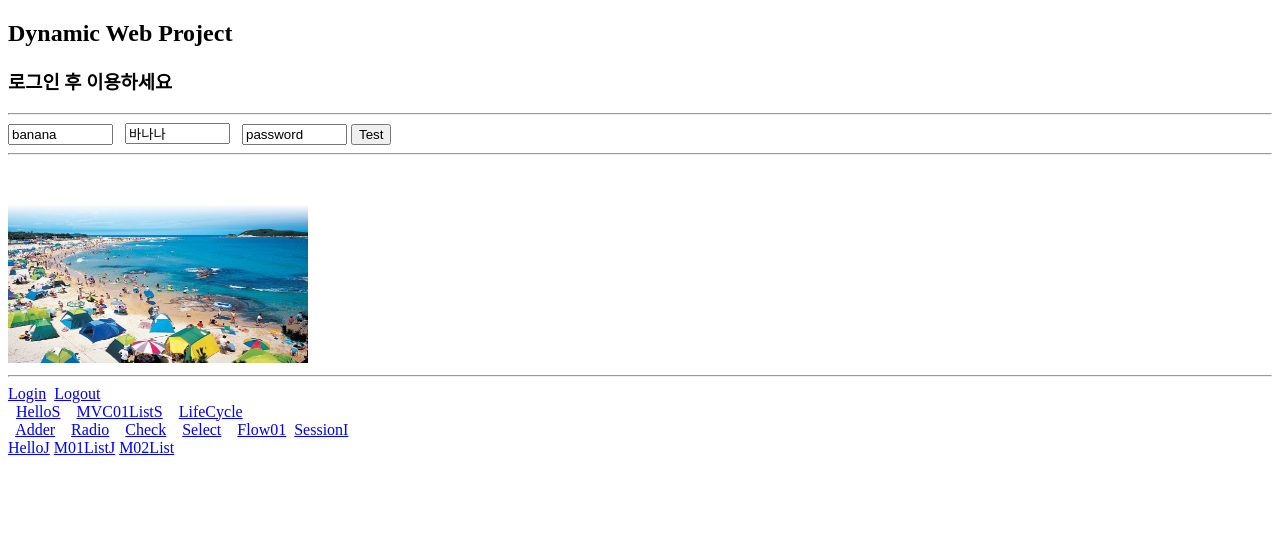
Repository: JYH94/JAVA
Page: http://localhost/web01/home.jsp
These files come from the project's save history. The page is drawn as it stood at one moment and after the next save; the edit follows.
The browser window is 1280 px wide. The pictures show the whole page.
The page is served by Tomcat 9. Other server files are loaded and not shown.

Above is the page before, as saved 2024-01-16 06:38:27.

### web01/src/main/webapp/home.jsp
<%@ page language="java" contentType="text/html; charset=UTF-8"
    pageEncoding="UTF-8"%>

<%@ taglib uri="http://java.sun.com/jsp/jstl/core" prefix="c" %>
<!DOCTYPE html>
<html>
<head>
<meta charset="UTF-8">
<title>** home **</title>
</head>
<body>
<h2> Dynamic Web Project </h2>
<%
// Jsp 가 간편한 이유는 웹에서 필요한 기본 객체
// request, response, session, page, out 들을 객체화해서 제공해줌
	if(session.getAttribute("loginName") != null){ %>
		<h3><%=session.getAttribute("loginName")%>님 안녕하세요</h3>
<%	} else{ %>
		<h3> 로그인 후 이용하세요 </h3>
<%	}
%>
<c:choose>
	<c:when test="${param.loginName != null }">
		<h3>${param.loginName} 님 안녕하세요</h3>
	</c:when>
</c:choose>
<hr>
	<form action="getpost" method="get">
		<input type="text" name="id" value="banana" size="10"> &nbsp; <input type="text" name="name" value="바나나" size="10"> &nbsp; <input type="text" value="password" size="10"> <input type="submit" value="Test">
	</form>
	<hr>
<!-- 경로 표기
	절대경로 : / 로 시작, 프로젝트명부터 시작
		/web01/images/letsgo.png
	상대경로 : 현재위치에서 시작
		./ 현재위치, ../ 상위 폴더로
		./images/lestgo.p
-->
	<img alt="" src="images/letsgo.png" width="300" height="200">
	<hr>


	<!-- 로그인 후 로그아웃버튼만 나오도록 -->
	<a href="/web01/servletTestForm/flowEx04_LoginForm.jsp">Login</a>&nbsp;
	<a href="/web01/logout">Logout</a><br>&nbsp;
	<a href="/web01/hello">HelloS</a>&nbsp; &nbsp;
	<a href="/web01/list">MVC01ListS</a>&nbsp; &nbsp;
	<a href="/web01/life">LifeCycle</a>
	<br> &nbsp;
	<a href="/web01/servletTestForm/form01_Adder.html">Adder</a>&nbsp; &nbsp;
	<a href="/web01/servletTestForm/form02_Radio.jsp">Radio</a>&nbsp; &nbsp;
	<a href="/web01/servletTestForm/form03_Check.jsp">Check</a>&nbsp; &nbsp;
	<a href="/web01/servletTestForm/form04_Select.jsp">Select</a>&nbsp; &nbsp;
	<a href="/web01/flow01">Flow01</a>&nbsp;
	<a href="/web01/sessioni">SessionI</a><br>
	<a href="/web01/jsp01/ex01_HelloJsp.jsp">HelloJ</a>
	<a href="/web01/jsp01/ex02_mvc01List.jsp">M01ListJ</a>
	<a href="/web01/list2">M02List</a>
</body>
</html>

After the next save:
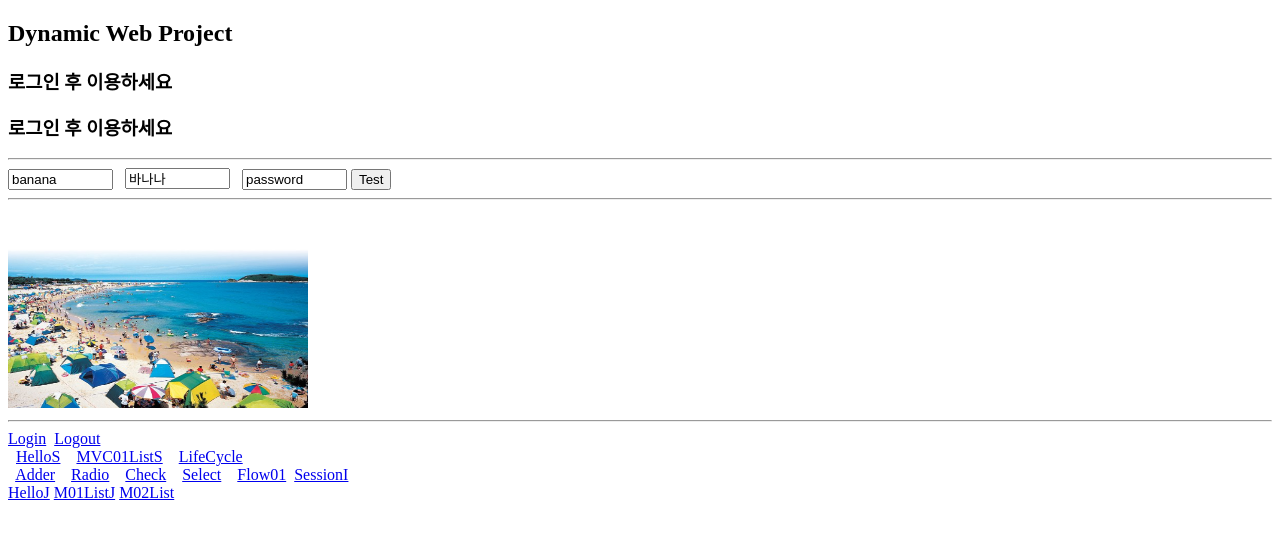
Saved 14 s later.
--- a/web01/src/main/webapp/home.jsp
+++ b/web01/src/main/webapp/home.jsp
@@ -23,6 +23,9 @@
 	<c:when test="${param.loginName != null }">
 		<h3>${param.loginName} 님 안녕하세요</h3>
 	</c:when>
+	<c:otherwise>
+		<h3> 로그인 후 이용하세요 </h3>
+	</c:otherwise>
 </c:choose>
 <hr>
 	<form action="getpost" method="get">

After the save that followed:
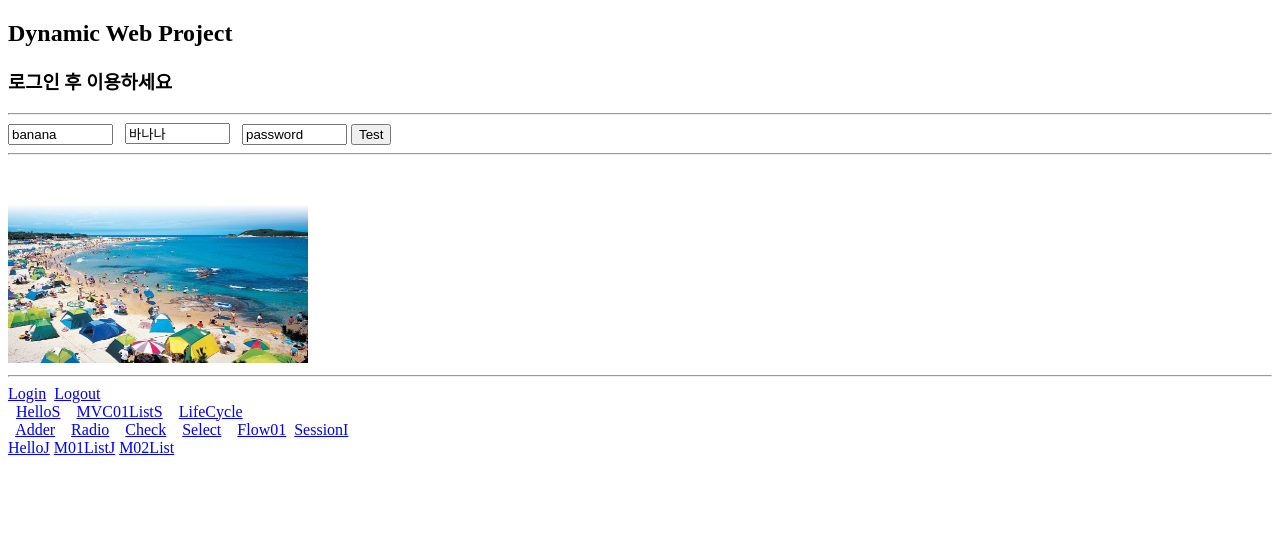
Saved 6 s later.
--- a/web01/src/main/webapp/home.jsp
+++ b/web01/src/main/webapp/home.jsp
@@ -10,7 +10,7 @@
 </head>
 <body>
 <h2> Dynamic Web Project </h2>
-<%
+<%-- <%
 // Jsp 가 간편한 이유는 웹에서 필요한 기본 객체
 // request, response, session, page, out 들을 객체화해서 제공해줌
 	if(session.getAttribute("loginName") != null){ %>
@@ -18,7 +18,7 @@
 <%	} else{ %>
 		<h3> 로그인 후 이용하세요 </h3>
 <%	}
-%>
+%> --%>
 <c:choose>
 	<c:when test="${param.loginName != null }">
 		<h3>${param.loginName} 님 안녕하세요</h3>
